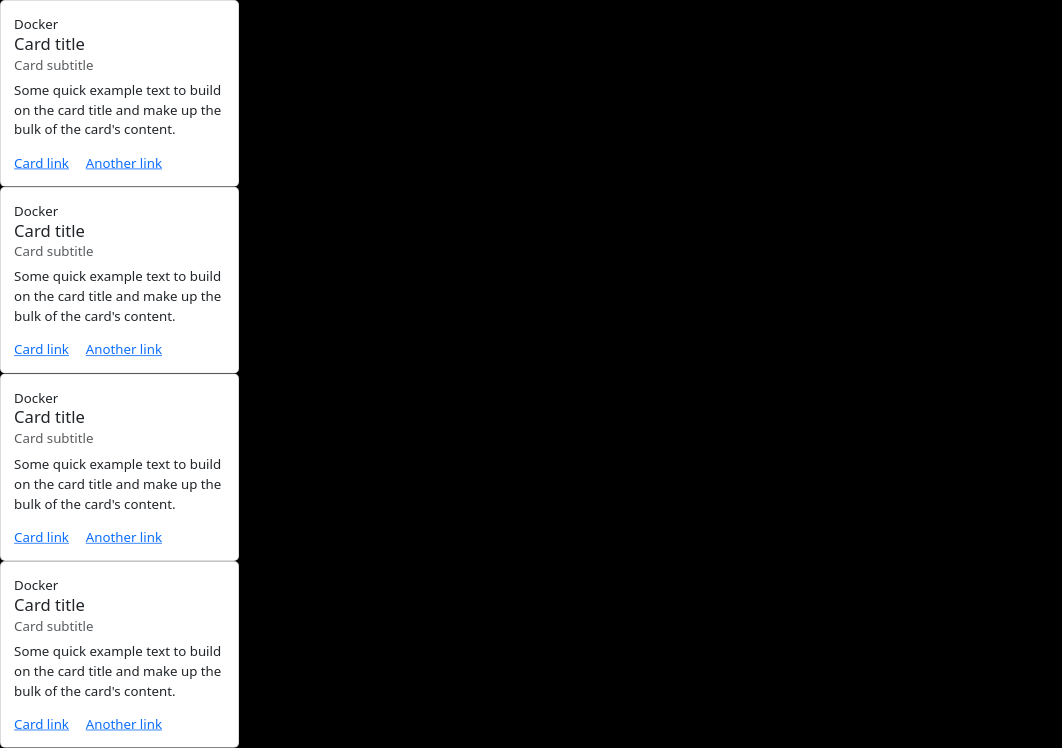
Repository: NSS-Evening-25-Cohort/e25-gitsub-control-alt-defeat
Page: index.html
These files come from the project's save history. The page is drawn as it stood at one moment and after the next save; the edit follows.
The browser window is 1280 px wide. The pictures show the whole page, at 83% of full size.

Above is the page before, as saved 2023-11-06 20:56:04.

After the next save:
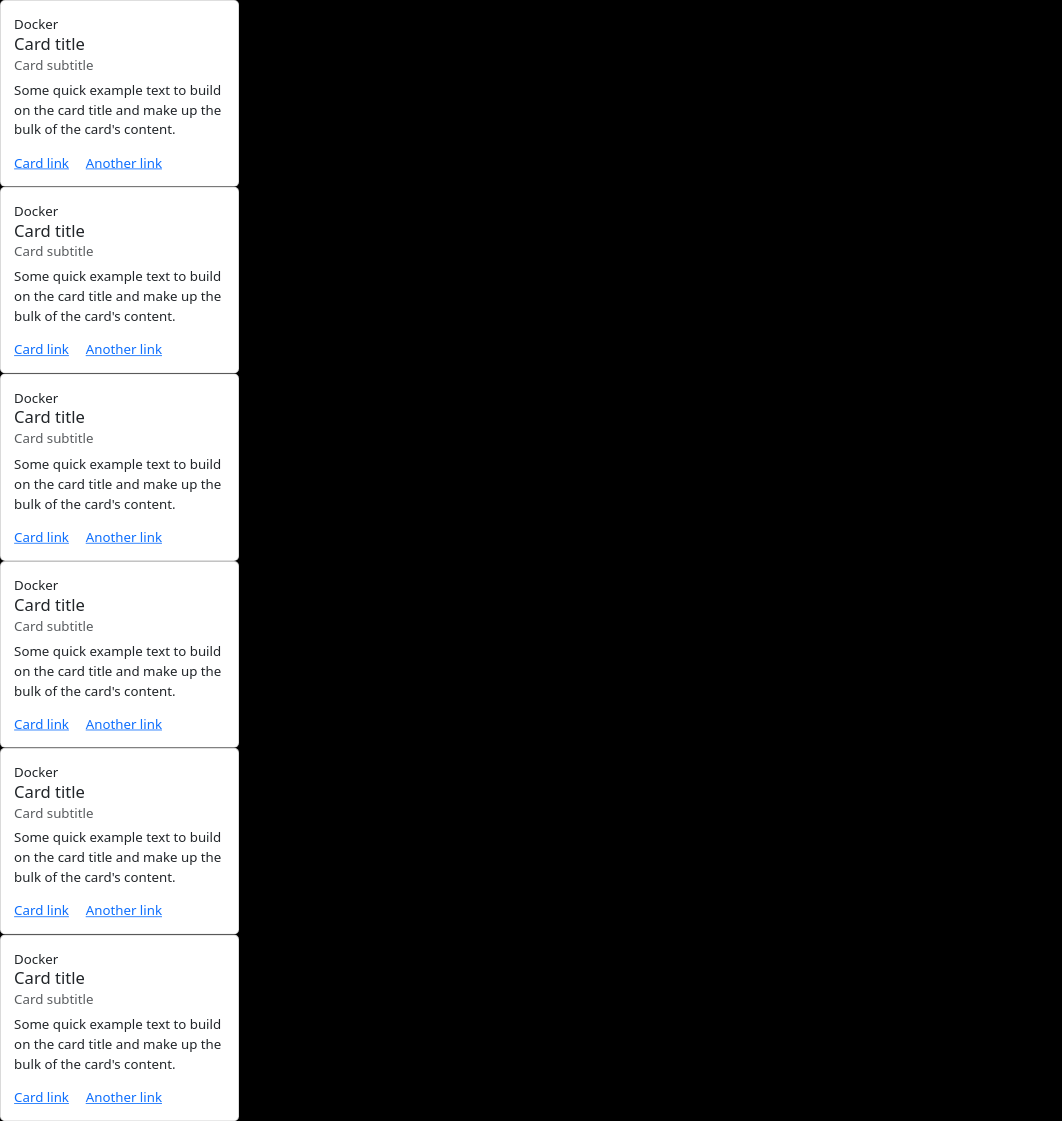
Saved 82 s later.
--- a/main.js
+++ b/main.js
@@ -16,6 +16,18 @@ const packageCards =[
   },
   {
     id: 4,
+    img: "image",
+    name: "Docker",
+    info: "A software platform used for building applications based on containers small and lightweight execution environments"
+  },
+  {
+    id: 5,
+    img: "image",
+    name: "Docker",
+    info: "A software platform used for building applications based on containers small and lightweight execution environments"
+  },
+  {
+    id: 6,
     img: "image",
     name: "Docker",
     info: "A software platform used for building applications based on containers small and lightweight execution environments"
